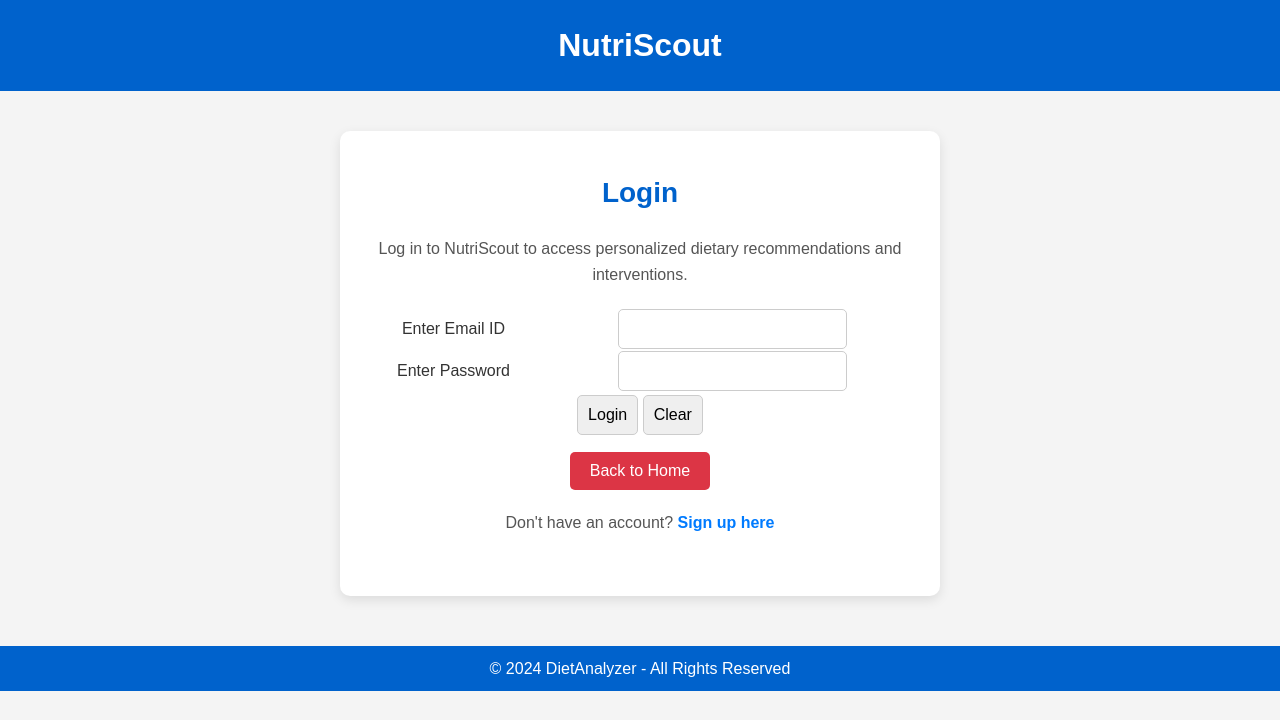
Repository: chaitanyasivathmika/NutrientDiet
Page: http://localhost/NutrientDiet/nulogin.jsp
These files come from the project's save history. The page is drawn as it stood at one moment and after the next save; the edit follows.
The browser window is 1280 px wide. The pictures show the whole page.
The page is served by Tomcat 10. Other server files are loaded and not shown.

Above is the page before, as saved 2024-11-16 16:48:10.

### NutrientDiet/src/main/webapp/nulogin.jsp
<%@ page language="java" contentType="text/html; charset=UTF-8"
    pageEncoding="UTF-8"%>
<!DOCTYPE html>
<html lang="en">
<head>
    <meta charset="UTF-8">
    <meta name="viewport" content="width=device-width, initial-scale=1.0">
    <title>Login(Nutritionist) - NutriScout</title>
    <style>
        /* General Styling */
* {
    margin: 0;
    padding: 0;
    box-sizing: border-box;
}

body {
    font-family: 'Arial', sans-serif;
    background-color: #f4f4f4;
    color: #333;
    line-height: 1.6;
}

/* Header */
header {
    background-color: #0062cc;
    color: white;
    padding: 20px 0;
    text-align: center;
}

.logo h1 {
    font-size: 32px;
    font-weight: bold;
}

/* Login Form */
main {
    padding: 40px 20px;
    max-width: 600px;
    margin: 40px auto;
    background-color: white;
    box-shadow: 0 4px 12px rgba(0, 0, 0, 0.1);
    border-radius: 10px;
    text-align: center;
}

.login-form h2 {
    font-size: 28px;
    color: #0062cc;
    margin-bottom: 20px;
}

.login-form p {
    font-size: 16px;
    margin-bottom: 20px;
    color: #555;
}

.login-form form {
    display: flex;
    flex-direction: column;
    gap: 15px;
}

.login-form label {
    font-size: 16px;
    text-align: left;
    color: #333;
}

.login-form input {
    padding: 10px;
    font-size: 16px;
    border: 1px solid #ccc;
    border-radius: 5px;
}

.login-form input:focus {
    outline: none;
    border-color: #007bff;
}

.submit-btn {
    background-color: #007bff;
    color: white;
    padding: 12px 20px;
    border: none;
    border-radius: 5px;
    cursor: pointer;
    font-size: 18px;
    margin-top: 10px;
    transition: background-color 0.3s ease;
}

.submit-btn:hover {
    background-color: #0056b3;
}

.back-btn {
    background-color: #dc3545;
    color: white;
    padding: 10px 20px;
    border: none;
    border-radius: 5px;
    cursor: pointer;
    font-size: 16px;
    margin-top: 15px;
    transition: background-color 0.3s ease;
}

.back-btn:hover {
    background-color: #c82333;
}

/* Signup Link */
.signup-link {
    margin-top: 20px;
    font-size: 16px;
}

.signup-link a {
    color: #007bff;
    text-decoration: none;
    font-weight: bold;
}

.signup-link a:hover {
    text-decoration: underline;
}

/* Footer */
footer {
    text-align: center;
    padding: 10px 0;
    background-color: #0062cc;
    color: white;
    margin-top: 50px;
}

    </style>
</head>
<body>
    <header>
        <div class="nav-bar">
            <div class="logo">
                <h1>NutriScout</h1>
            </div>
        </div>
    </header>

    <main>
        <section class="login-form">
            <h2>Login</h2>
            <p>Log in to NutriScout to access personalized dietary recommendations and interventions.</p>

            <form method="post" action="checkuserlogin">
            <table>
                <tr>
                    <td><label for="uemail">Enter Email ID</label></td>
                    <td><input type="email" id="uemail" name="uemail" required/></td>
                </tr>
                 <tr>
                    <td><label for="epwd">Enter Password</label></td>
                    <td><input type="password" id="upwd" name="upwd" required/></td>
                </tr>
                <tr>
                <tr>
                    <td colspan="2" class="button-container">
                        <input type="submit" value="Login"/>
                        <input type="reset" value="Clear"/>
                    </td>
                </tr>
            </table>
        </form>

            <button class="back-btn" onclick="window.location.href='/';">Back to Home</button>


            <p class="signup-link">
                Don't have an account? <a href="userreg">Sign up here</a>
            </p>
        </section>
    </main>

    <footer>
        <p>© 2024 DietAnalyzer - All Rights Reserved</p>
    </footer>
</body>
</html>

After the next save:
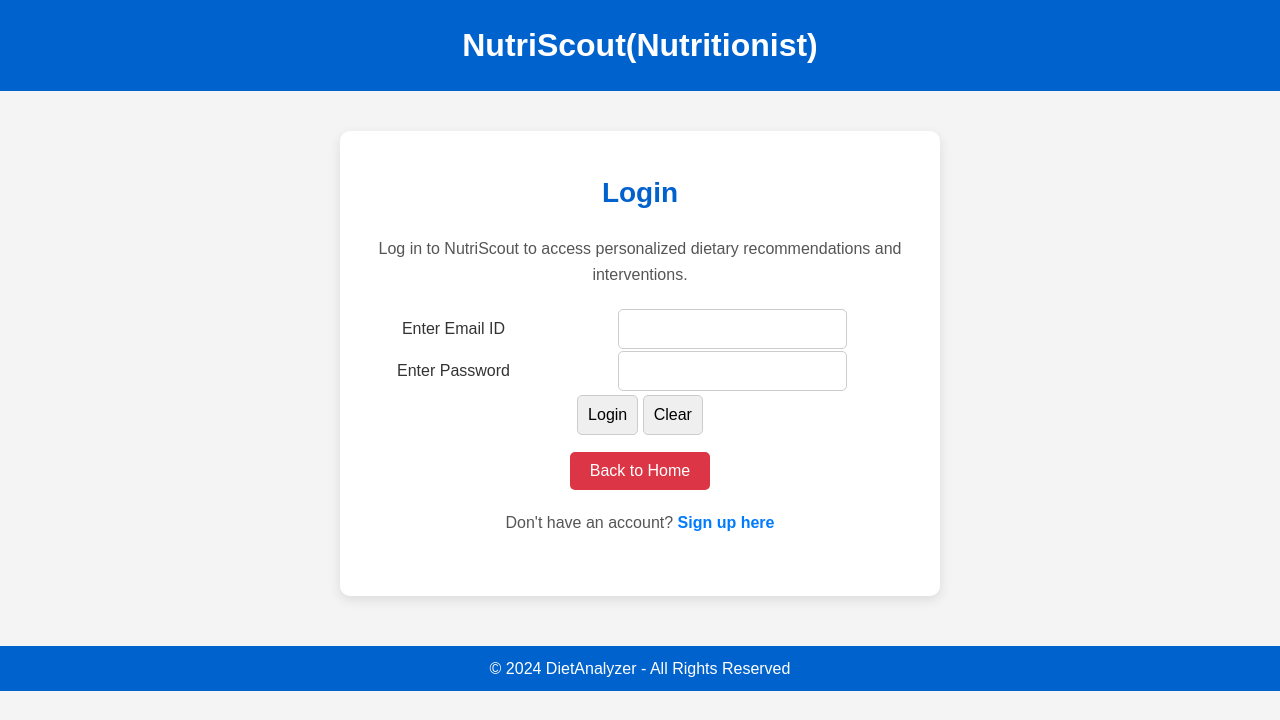
Saved 10 s later.
--- a/NutrientDiet/src/main/webapp/nulogin.jsp
+++ b/NutrientDiet/src/main/webapp/nulogin.jsp
@@ -144,7 +144,7 @@ footer {
     <header>
         <div class="nav-bar">
             <div class="logo">
-                <h1>NutriScout</h1>
+                <h1>NutriScout(Nutritionist)</h1>
             </div>
         </div>
     </header>
